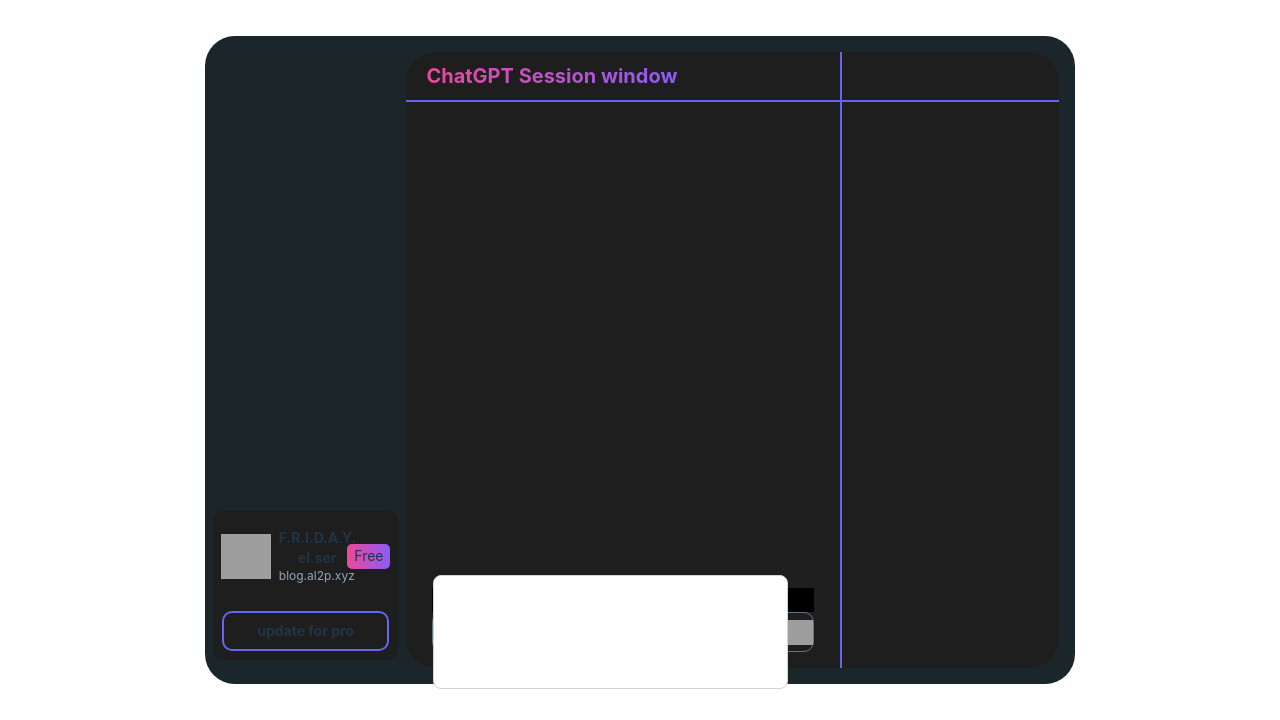
Repository: yezhonghu0503/chatgpt-vue-lac
Page: /
An editor plug-in stored every save of this project. The page is shown before and after the next save, followed by the edit.
The browser window is 1280 px wide. The pictures show the whole page.
Pictures or frames that could not be fetched are drawn as grey boxes. The project was rebuilt for these pictures with package versions that can differ from the ones it lists, and the page was loaded fresh each time. Also part of the build but not shown: vite.config.ts.

Above is the page before, as saved 2023-05-18 18:56:13.

### src/style.css
@tailwind base;
@tailwind components;
@tailwind utilities;

:root {
  font-family: Inter, system-ui, Avenir, Helvetica, Arial, sans-serif;
  line-height: 1.5;
  font-weight: 400;

  color-scheme: light dark;
  color: rgba(255, 255, 255, 0.87);
  /* background-color: #242424; */
  background-color: #8e989a;

  font-synthesis: none;
  text-rendering: optimizeLegibility;
  -webkit-font-smoothing: antialiased;
  -moz-osx-font-smoothing: grayscale;
  -webkit-text-size-adjust: 100%;
}

a {
  font-weight: 500;
  color: #646cff;
  text-decoration: inherit;
}

a:hover {
  color: #535bf2;
}

body {
  margin: 0;
  display: flex;
  place-items: center;
  min-width: 320px;
  min-height: 100vh;
}

h1 {
  font-size: 3.2em;
  line-height: 1.1;
}

button {
  border-radius: 8px;
  border: 1px solid transparent;
  padding: 0.6em 1.2em;
  font-size: 1em;
  font-weight: 500;
  font-family: inherit;
  background-color: #1a1a1a;
  cursor: pointer;
  transition: border-color 0.25s;
}

button:hover {
  border-color: #646cff;
}

button:focus,
button:focus-visible {
  outline: 4px auto -webkit-focus-ring-color;
}

input {
  border: none;
  background-color: transparent;
}

input[type="checkbox"]:checked,

input:focus {
  outline: none;
  background-color: transparent;
}

.card {
  padding: 2em;
}

#app {
  margin: 0 auto;
  padding: 2rem;
  text-align: center;
}

@media (prefers-color-scheme: light) {
  :root {
    color: #213547;
    background-color: #ffffff;
  }

  a:hover {
    color: #747bff;
  }

  button {
    background-color: #f9f9f9;
  }
}

### src/App.vue
<script setup lang="ts">
import chat from './pages/chat.vue';
</script>

<template>
  <chat />
</template>

<style scoped></style>

### src/pages/chat.vue
<template>
    <div class="w-[68vw] h-[90vh] bg-rg-chat-border rounded-[30px] flex justify-end p-4 pl-0">
        <chatMenu />
        <chatMain />

    </div>
</template>
<script lang="ts" setup>
import chatMain from '../components/chat-main/chatMain.vue';
import chatMenu from '../components/chat-menu/chatMenu.vue'
</script>
<style lang="less" scoped></style>

### src/components/chat-main/chatMain.vue
<template>
  <div class="w-[51vw] h-[100%] bg-rg-chat rounded-[30px] flex">
    <div class="flex flex-col w-[34vw] h-[100%] border-r-2 border-indigo-500">
      <div
        class="w-[100%] h-[50px] border-b-2 border-indigo-500 flex justify-start items-center p-5"
      >
        <span
          class="text-xl font-bold text-transparent bg-clip-text bg-gradient-to-r from-pink-500 to-violet-500"
          >ChatGPT Session window</span
        >
      </div>
      <div class="flex flex-col justify-end items-center w-[100%] h-[100%] p-4">
        <div class="w-[95%] bg-black">
          {{ msg }}
          <img src="" alt="" />
        </div>
        <div
          class="flex w-[95%] items-center justify-center rounded-[10px] h-10 border-[1px] border-slate-500"
        >
          <!-- <input class="w-[90%]" type="text" /> -->
          <textarea
            class="resize-none w-full px-4 py-2 leading-normal rounded-lg border border-gray-300 appearance-none focus:outline-none focus:shadow-outline-gray"
            rows="4"
          ></textarea>
          <img
            class="w-[25px] h-[25px]"
            src="https://blog.al2p.xyz/upload/send.png"
            alt=""
          />
        </div>
      </div>
    </div>
    <div class="w-[17vw] h-[50px] border-b-2 border-indigo-500"></div>
  </div>
</template>

<script lang="ts" setup>
const msg: string = "一些回答";
</script>

### src/components/chat-menu/chatMenu.vue
<template>
  <div class="w-[17vw] h-[100%] flex justify-center items-end p-2">
    <div
      class="w-[100%] h-[150px] bg-rg-chat flex flex-col justify-around items-center rounded-[10px]"
    >
      <div class="w-[100%] h-[75px] flex justify-between items-center p-2">
        <div class="flex items-center">
          <img
            class="w-[50px] h-[45px]"
            src="https://blog.al2p.xyz/upload/laclogo.png"
          />
          <div class="flex flex-col items-start ml-2">
            <div class="text-sm font-bold">F.R.I.D.A.Y. el.ser</div>
            <div class="text-xs text-slate-400">blog.al2p.xyz</div>
          </div>
        </div>
        <div
          class="flex justify-center rounded-[5px] text-sm items-center w-[60px] h-[25px] bg-gradient-to-r from-pink-500 to-violet-500"
        >
          Free
        </div>
      </div>
      <div
        class="text-sm flex items-center justify-center w-[13vw] h-[40px] rounded-[10px] border-2 border-indigo-500 font-bold"
      >
        update for pro
      </div>
    </div>
  </div>
</template>

<script lang="ts" setup></script>

<style lang="less" scoped></style>

### tailwind.config.js
/** @type {import('tailwindcss').Config} */
export default {
  content: [
    "./index.html",
    "./src/**/*.{vue,js,ts,jsx,tsx}",
  ],
  theme: {
    extend: {
      colors: {
        'rg-chat': 'rgb(30,30,30)',
        'rg-chat-border': 'rgb(27,38,42)'
      }
    }
  },
  plugins: [],
}

Loaded but not shown: index.html (common file); src/main.ts (common file)

After the next save:
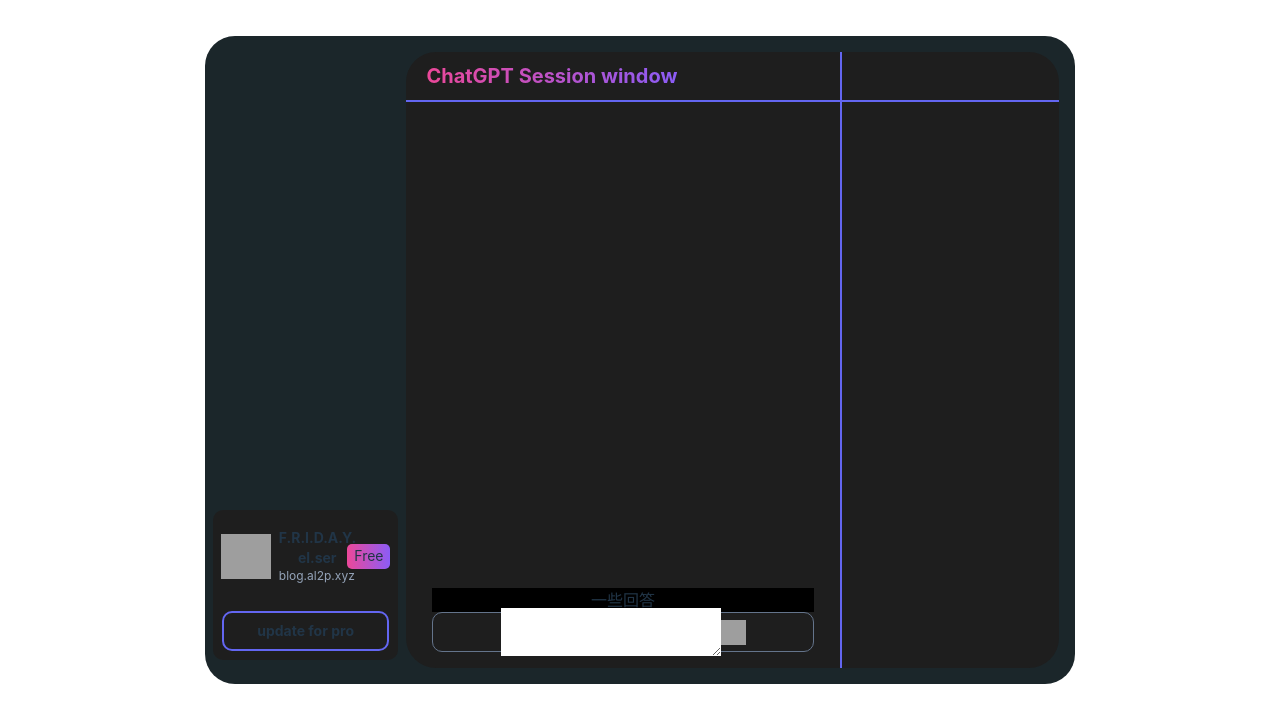
Saved 27 s later.
--- a/src/components/chat-main/chatMain.vue
+++ b/src/components/chat-main/chatMain.vue
@@ -18,10 +18,7 @@
           class="flex w-[95%] items-center justify-center rounded-[10px] h-10 border-[1px] border-slate-500"
         >
           <!-- <input class="w-[90%]" type="text" /> -->
-          <textarea
-            class="resize-none w-full px-4 py-2 leading-normal rounded-lg border border-gray-300 appearance-none focus:outline-none focus:shadow-outline-gray"
-            rows="4"
-          ></textarea>
+          <textarea></textarea>
           <img
             class="w-[25px] h-[25px]"
             src="https://blog.al2p.xyz/upload/send.png"
